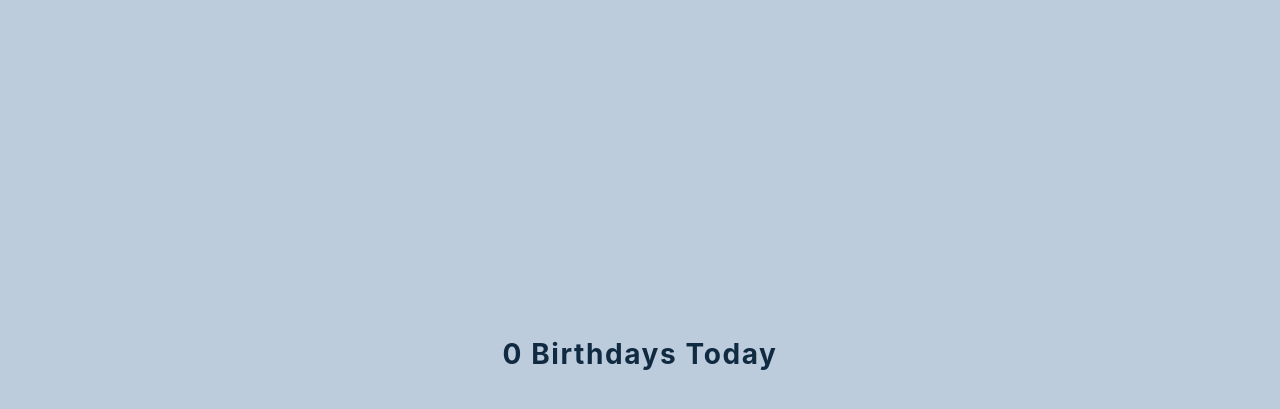
Repository: smit1298/Birthday-Reminder
Page: /
These files come from the project's save history. The page is drawn as it stood at one moment and after the next save; the edit follows.
The browser window is 1280 px wide. The pictures show the whole page.
The project was rebuilt for these pictures with package versions that can differ from the ones it lists, and the page was loaded fresh each time. Also part of the build but not shown: src/List.js.

Above is the page before, as saved 2022-05-15 23:13:05.

### src/index.css
/*
===============
Variables
===============
*/

:root {
  /* dark shades of primary color*/
  --clr-primary-1: hsl(162, 61%, 89%);
  --clr-primary-2: hsl(162, 60%, 78%);
  --clr-primary-3: hsl(162, 61%, 67%);
  --clr-primary-4: hsl(162, 61%, 57%);
  /* primary/main color */
  --clr-primary-5: hsl(162, 73%, 46%);
  /* lighter shades of primary color */
  --clr-primary-6: #1aa179;
  --clr-primary-7: #13795b;
  --clr-primary-8: #0d503c;
  --clr-primary-9: #06281e;
  /* darkest grey - used for headings */
  --clr-grey-1: hsl(212, 33%, 89%);
  --clr-grey-2: hsl(210, 31%, 80%);
  --clr-grey-3: hsl(211, 27%, 70%);
  --clr-grey-4: hsl(209, 23%, 60%);
  /* grey used for paragraphs */
  --clr-grey-5: hsl(210, 22%, 49%);
  --clr-grey-6: hsl(209, 28%, 39%);
  --clr-grey-7: hsl(209, 34%, 30%);
  --clr-grey-8: hsl(211, 39%, 23%);
  --clr-grey-9: hsl(209, 61%, 16%);
  --clr-white: #fff;
  --clr-red-dark: hsl(360, 67%, 44%);
  --clr-red-light: hsl(360, 71%, 66%);
  --clr-green-dark: hsl(125, 67%, 44%);
  --clr-green-light: hsl(125, 71%, 66%);
  --clr-black: #222;
  --transition: all 0.3s linear;
  --spacing: 0.1rem;
  --radius: 0.25rem;
  --light-shadow: 0 5px 15px rgba(0, 0, 0, 0.1);
  --dark-shadow: 0 5px 15px rgba(0, 0, 0, 0.4);
  --max-width: 1170px;
  --fixed-width: 450px;
  --clr-pink: #f28ab2;
}
/*
===============
Global Styles
===============
*/

*,
::after,
::before {
  margin: 0;
  padding: 0;
  box-sizing: border-box;
}
body {
  font-family: -apple-system, BlinkMacSystemFont, 'Segoe UI', Roboto, Oxygen,
    Ubuntu, Cantarell, 'Open Sans', 'Helvetica Neue', sans-serif;
  background: var(--clr-grey-2);
  color: var(--clr-grey-9);
  line-height: 1.5;
  font-size: 0.875rem;
}
ul {
  list-style-type: none;
}
a {
  text-decoration: none;
}
h1,
h2,
h3,
h4 {
  letter-spacing: var(--spacing);
  text-transform: capitalize;
  line-height: 1.25;
  margin-bottom: 0.75rem;
}
h1 {
  font-size: 3rem;
}
h2 {
  font-size: 2rem;
}
h3 {
  font-size: 1.25rem;
}
h4 {
  font-size: 0.875rem;
}
p {
  margin-bottom: 1.25rem;
  color: var(--clr-grey-5);
}
@media screen and (min-width: 800px) {
  h1 {
    font-size: 4rem;
  }
  h2 {
    font-size: 2.5rem;
  }
  h3 {
    font-size: 1.75rem;
  }
  h4 {
    font-size: 1rem;
  }
  body {
    font-size: 1rem;
  }
  h1,
  h2,
  h3,
  h4 {
    line-height: 1;
  }
}
/*  global classes */

/* section */
.section {
  width: 90vw;
  margin: 0 auto;
  max-width: var(--max-width);
}

@media screen and (min-width: 992px) {
  .section {
    width: 95vw;
  }
}

main {
  min-height: 100vh;
  display: flex;
  justify-content: center;
  align-items: center;
}

.container {
  width: 90vw;
  margin: 5rem 0;
  max-width: var(--fixed-width);
  background: var(--clr-white);
  border-radius: var(--radius);
  padding: 1.5rem 2rem;
  box-shadow: var(--dark-shadow);
}
.container h3 {
  font-weight: normal;
  text-transform: none;
  margin-bottom: 2rem;
}
.person {
  display: grid;
  grid-template-columns: auto 1fr;
  column-gap: 0.75rem;
  margin-bottom: 1.5rem;
  align-items: center;
}
.person img {
  width: 75px;
  height: 75px;
  object-fit: cover;
  border-radius: 50%;
  box-shadow: var(--light-shadow);
}
.person h4 {
  margin-bottom: 0.35rem;
}
.person p {
  margin-bottom: 0;
}
.container button {
  color: var(--clr-white);
  display: block;
  width: 100%;
  border-color: transparent;
  background: var(--clr-pink);
  margin: 2rem auto 0 auto;
  text-transform: capitalize;
  font-size: 1.2rem;
  padding: 0.5rem 0;
  letter-spacing: var(--spacing);
  border-radius: var(--radius);
  outline: 1px solid rgba(242, 138, 178, 0.8);
  cursor: pointer;
}

### src/App.js
import React, { useState } from "react";
import data from "./data";
import List from "./List";
function App() {
  return (
    <main className="conatiner">
      <h3>0 birthdays today</h3>
    </main>
  );
}

export default App;

### src/data.js
export default [
  {
    id: 1,
    name: 'Bertie Yates',
    age: 29,
    image:
      'https://res.cloudinary.com/diqqf3eq2/image/upload/v1595959131/person-2_ipcjws.jpg',
  },
  {
    id: 2,
    name: 'Hester Hogan',
    age: 32,
    image:
      'https://res.cloudinary.com/diqqf3eq2/image/upload/v1595959131/person-3_rxtqvi.jpg',
  },
  {
    id: 3,
    name: 'Larry Little',
    age: 36,
    image:
      'https://res.cloudinary.com/diqqf3eq2/image/upload/v1586883423/person-4_t9nxjt.jpg',
  },
  {
    id: 4,
    name: 'Sean Walsh',
    age: 34,
    image:
      'https://res.cloudinary.com/diqqf3eq2/image/upload/v1586883417/person-3_ipa0mj.jpg',
  },
  {
    id: 5,
    name: 'Lola Gardner',
    age: 29,
    image:
      'https://res.cloudinary.com/diqqf3eq2/image/upload/v1586883334/person-1_rfzshl.jpg',
  },
];

Loaded but not shown: public/index.html (common file); src/index.js (common file)

After the next save:
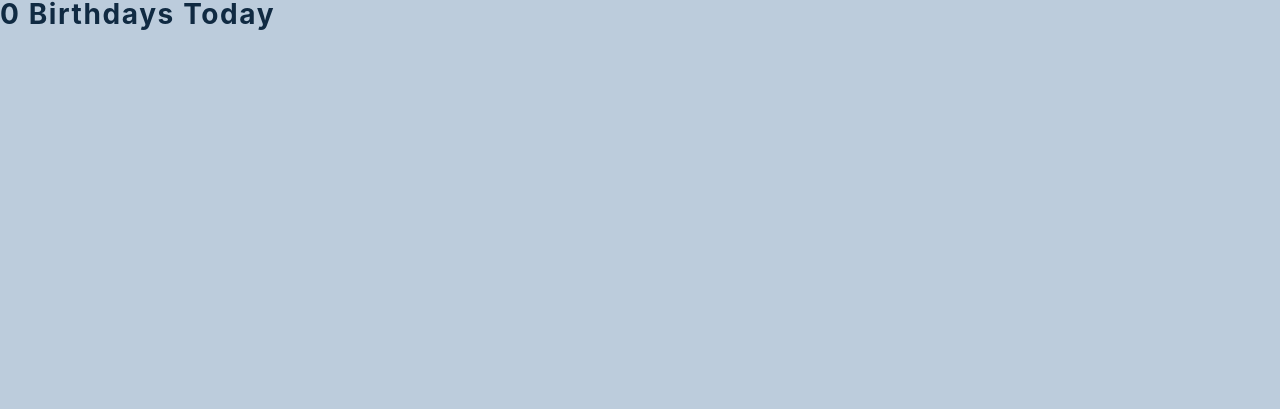
Saved 11 s later.
--- a/src/App.js
+++ b/src/App.js
@@ -3,9 +3,9 @@ import data from "./data";
 import List from "./List";
 function App() {
   return (
-    <main className="conatiner">
+    <masectionin className="conatiner">
       <h3>0 birthdays today</h3>
-    </main>
+    </masectionin>
   );
 }
 
